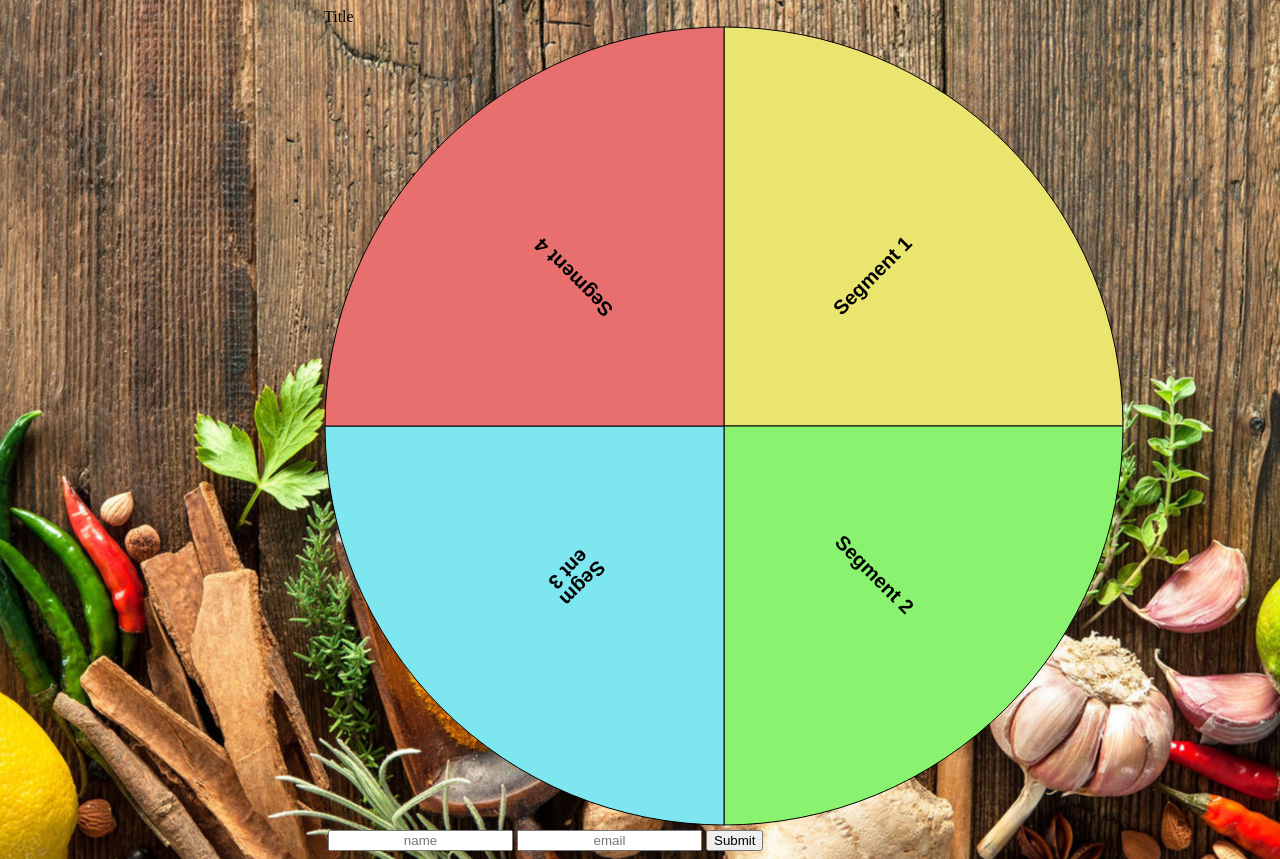
Repository: 43320888/upwork
Page: index.html
These files come from the project's save history. The page is drawn as it stood at one moment and after the next save; the edit follows.
The browser window is 1280 px wide. The pictures show the whole page.

Above is the page before, as saved 2019-01-16 19:17:44.

### index.html
<!DOCTYPE html>
<html lang="en">
<head>
	<meta charset="UTF-8">
	<meta name="viewport" content="width=device-width, initial-scale=1.0">
	<meta http-equiv="X-UA-Compatible" content="ie=edge">
	<link rel="stylesheet" href="style.css">
	<script src="Winwheel.min.js"></script>
	<title>Spin wheel</title>
</head>
<body class="spin-table">
	<div>
		<span>Title</span>
		<canvas id="canvas3" width="800" height="800"></canvas>
		<script src="script.js"></script>
		<input type="text" placeholder="name">
		<input type="text" placeholder="email">
		<input type="submit" placeholder="submit">
	</div>
</body>
</html>

### style.css
.spin-table {
	height: 100%;
	background: #000;
	background-image: url(images/Covers.jpg);
	background-position: center;
	ba
}
.spin-table > div {
	margin-left: 50%;
	transform: translateX(-50%);
}
.spin-table > div > * {
	text-align: center;
	display: inline-block;
}

### script.js
let theWheel3 = new Winwheel({
	'canvasId': 'canvas3',
	'numSegments': 4,
	'segments': [
		{'fillStyle': '#eae56f', 'text': 'Segment 1'},
		{'fillStyle': '#89f26e', 'text': 'Segment 2'},
		{'fillStyle': '#7de6ef', 'text': 'Segm\nent 3'},
		{'fillStyle': '#e7706f', 'text': 'Segment 4'},
	],
});

Loaded but not shown: Winwheel.min.js (library)

After the next save:
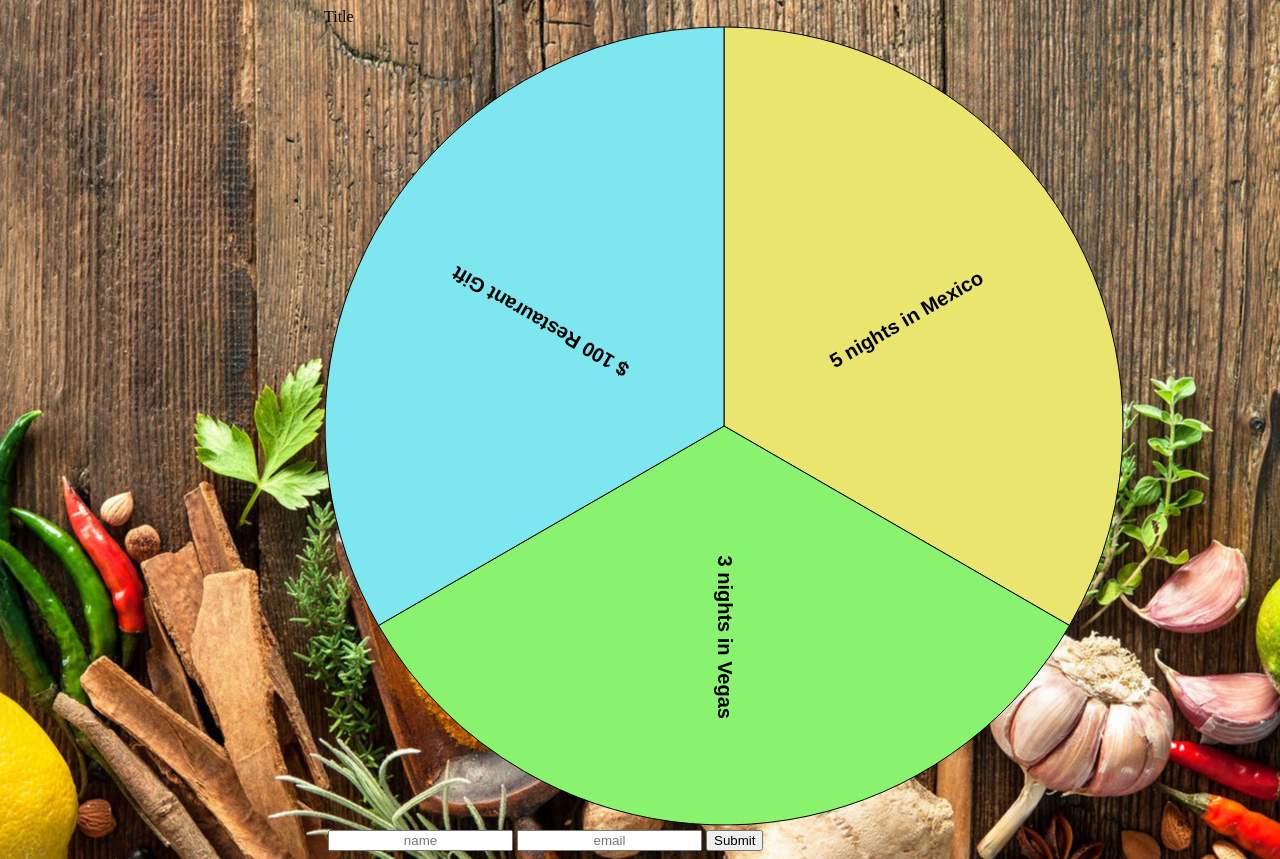
Saved 52 min 39 s later.
--- a/script.js
+++ b/script.js
@@ -1,10 +1,9 @@
 let theWheel3 = new Winwheel({
 	'canvasId': 'canvas3',
-	'numSegments': 4,
+	'numSegments': 3,
 	'segments': [
-		{'fillStyle': '#eae56f', 'text': 'Segment 1'},
-		{'fillStyle': '#89f26e', 'text': 'Segment 2'},
-		{'fillStyle': '#7de6ef', 'text': 'Segm\nent 3'},
-		{'fillStyle': '#e7706f', 'text': 'Segment 4'},
+		{'fillStyle': '#eae56f', 'text': '5 nights in Mexico'},
+		{'fillStyle': '#89f26e', 'text': '3 nights in Vegas'},
+		{'fillStyle': '#7de6ef', 'text': '$ 100 Restaurant Gift'},
 	],
 });
